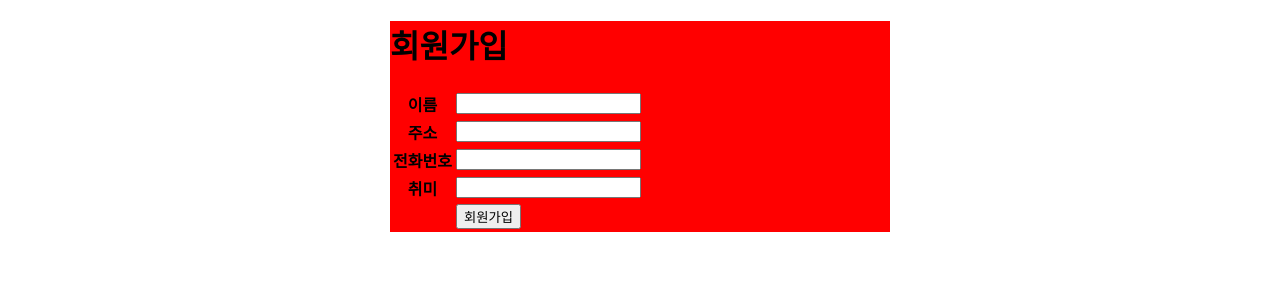
Repository: serendipity63/jsp_workspace
Page: Hello/src/main/webapp/WEB-INF/memReg.html
An editor plug-in stored every save of this project. The page is shown before and after the next save, followed by the edit.
The browser window is 1280 px wide. The pictures show the whole page.

Above is the page before, as saved 2023-09-19 05:23:47.

### Hello/src/main/webapp/WEB-INF/memReg.html
<!DOCTYPE html>
<html>
<head>
<meta charset="UTF-8">
<title>Insert title here</title>
<style type="text/css">
body{margin:auto;}
div{
width:500px;
background-color:red;
margin:auto;
padding:auto;}


</style>
</head>
<body>
<div>
<h1>회원가입</h1>
<form>
<table>
<tr><th>이름</th><td><input type= "text" name= "name"/></td></tr>
<tr><th>주소</th><td><input type= "text" name= "address"/></td></tr>
<tr><th>전화번호</th><td><input type= "text" name= "tel"/></td></tr>
<tr><th>취미</th><td><input type= "text" name= "hobby"/></td></tr>
<tr><td></td><td><input type= "submit" value= "회원가입"/></td></tr>
</table>
</form>
</div>
</body>
</html>

After the next save:
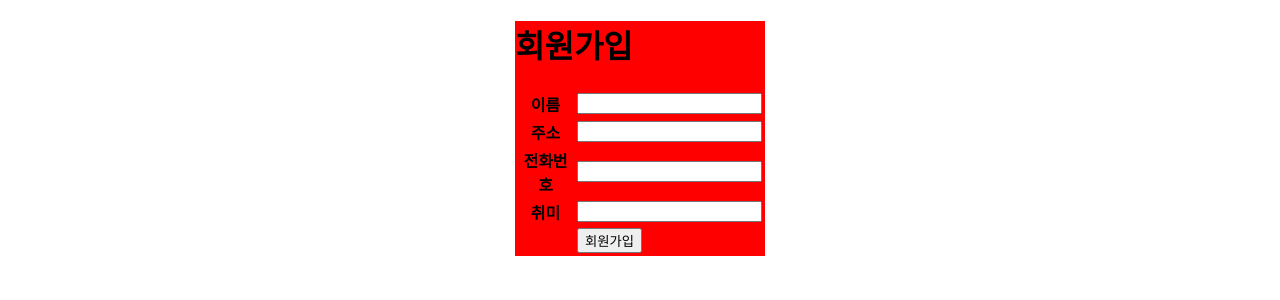
Saved 18 s later.
--- a/Hello/src/main/webapp/WEB-INF/memReg.html
+++ b/Hello/src/main/webapp/WEB-INF/memReg.html
@@ -6,7 +6,7 @@
 <style type="text/css">
 body{margin:auto;}
 div{
-width:500px;
+width:250px;
 background-color:red;
 margin:auto;
 padding:auto;}
